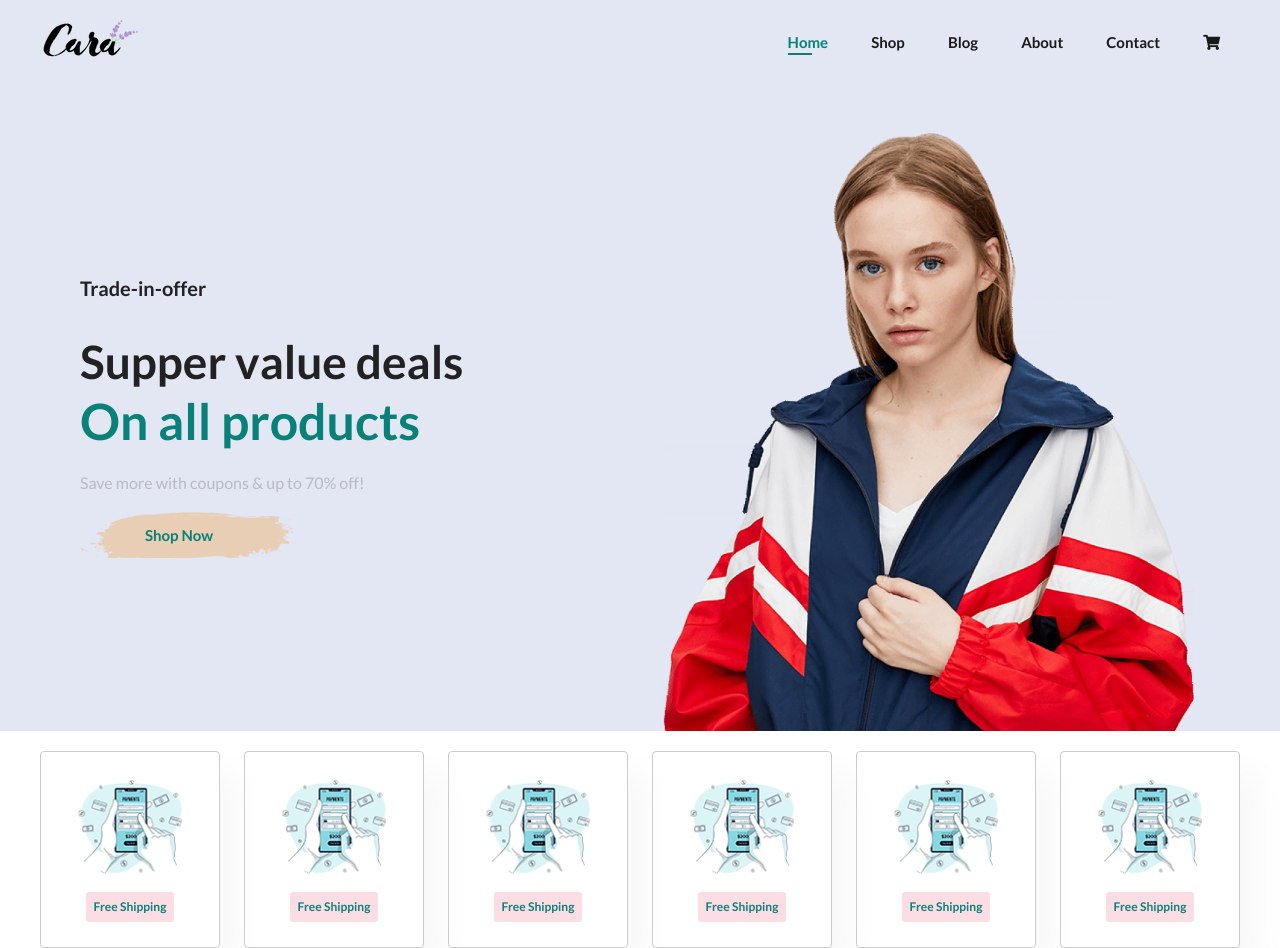
Repository: Nguyenductuan-dev/Website-Clothes
Page: index.html
An editor plug-in stored every save of this project. The page is shown before and after the next save, followed by the edit.
The browser window is 1280 px wide. The pictures show the whole page.

Above is the page before, as saved 2022-04-26 00:10:31.

After the next save:
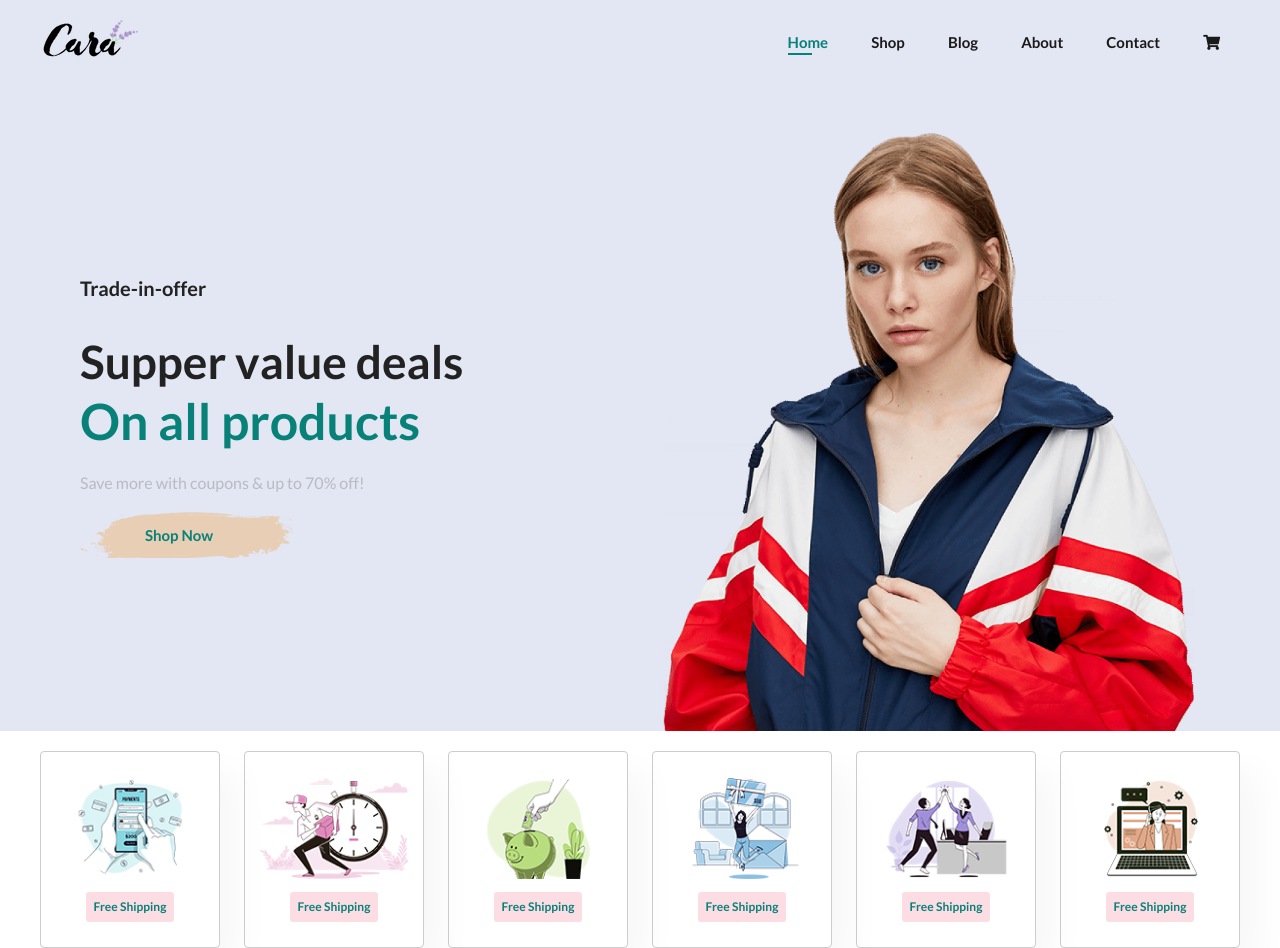
Saved 58 s later.
--- a/index.html
+++ b/index.html
@@ -65,23 +65,23 @@
             <h6 class="feature__title">Free Shipping</h6>
         </div>
         <div class="feature__box">
-            <img src="assets/images/features/f1.png" alt="" class="feature__img">
+            <img src="assets/images/features/f2.png" alt="" class="feature__img">
             <h6 class="feature__title">Free Shipping</h6>
         </div>
         <div class="feature__box">
-            <img src="assets/images/features/f1.png" alt="" class="feature__img">
+            <img src="assets/images/features/f3.png" alt="" class="feature__img">
             <h6 class="feature__title">Free Shipping</h6>
         </div>
         <div class="feature__box">
-            <img src="assets/images/features/f1.png" alt="" class="feature__img">
+            <img src="assets/images/features/f4.png" alt="" class="feature__img">
             <h6 class="feature__title">Free Shipping</h6>
         </div>
         <div class="feature__box">
-            <img src="assets/images/features/f1.png" alt="" class="feature__img">
+            <img src="assets/images/features/f5.png" alt="" class="feature__img">
             <h6 class="feature__title">Free Shipping</h6>
         </div>
         <div class="feature__box">
-            <img src="assets/images/features/f1.png" alt="" class="feature__img">
+            <img src="assets/images/features/f6.png" alt="" class="feature__img">
             <h6 class="feature__title">Free Shipping</h6>
         </div>
     </section>
